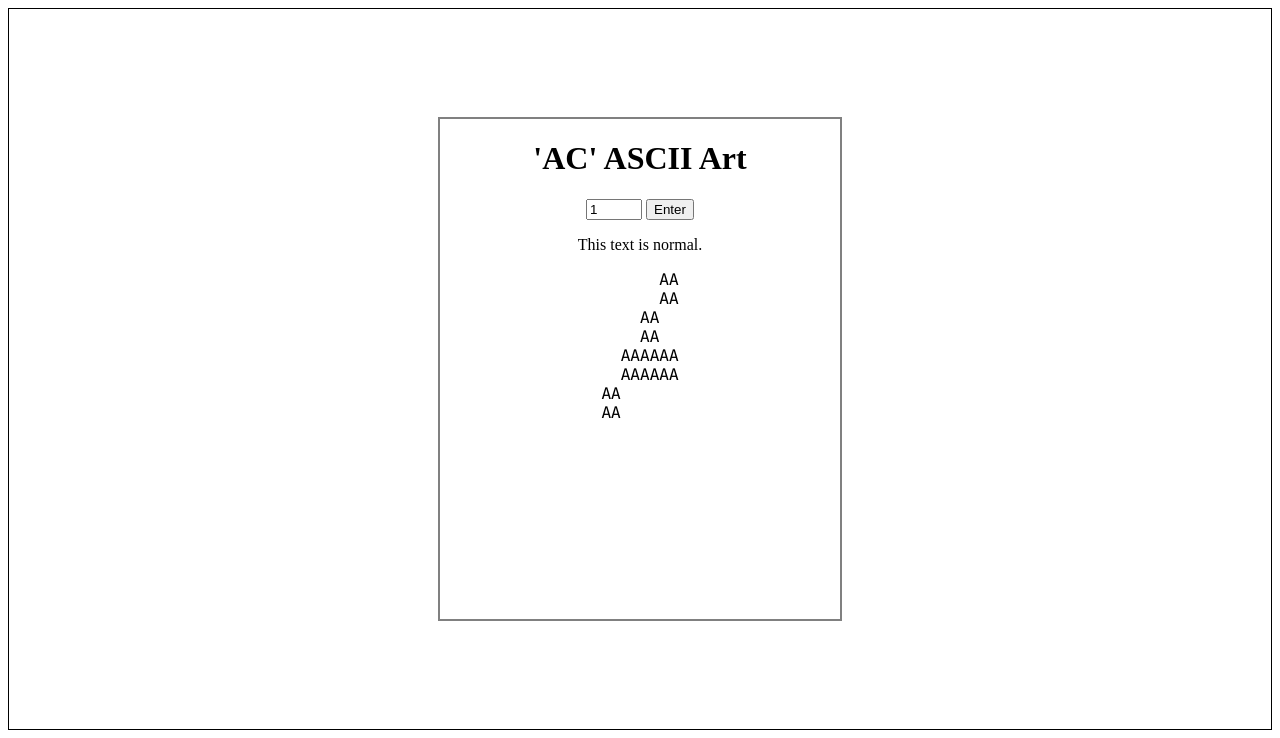
Repository: Achorn/ascii-art
Page: index.html
An editor plug-in stored every save of this project. The page is shown before and after the next save, followed by the edit.
The browser window is 1280 px wide. The pictures show the whole page.

Above is the page before, as saved 2021-08-09 17:09:06.

### index.html
<!DOCTYPE html>
<html lang="en">
  <head>
    <link rel="stylesheet" href="styles.css" />
    <meta charset="UTF-8" />
    <meta http-equiv="X-UA-Compatible" content="IE=edge" />
    <meta name="viewport" content="width=device-width, initial-scale=1.0" />
    <title>Document</title>
  </head>
  <body>
    <form>
      <h1>'AC' ASCII Art</h1>
      <input type="number" min="1" value="1" max="10" />
      <button>Enter</button>
      <div id="ascii">
        <p>This text is normal.</p>
        <p id="mono" style="font-family: 'Lucida Console', monospace">
          This text is monospace text.
        </p>
      </div>
    </form>
    <script type="text/javascript" src="myscripts.js"></script>
  </body>
</html>

### styles.css
body {
  border: 1px solid black;
  display: flex;
  flex-direction: column;
  justify-content: center;
  align-items: center;
  height: 100vh;
}

form {
  border: 2px solid grey;
  height: 500px;
  width: 400px;
  text-align: center;
}

.ascii {
  border-radius: 1px solid black;
}
#mono {
  /* font-size: 25.5vw; */

  white-space: pre;
}

### myscripts.js
let four = [
  [" ", " ", " ", "A"],
  [" ", " ", "A", " "],
  [" ", "A", "A", "A"],
  ["A", " ", " ", " "],
];

let eight = [
  [
    " ",
    " ",
    " ",
    " ",
    " ",
    " ",
    " ",
    "A",
    "A",
    " ",
    " ",
    " ",
    " ",
    " ",
    " ",
    " ",
  ],
  [
    " ",
    " ",
    " ",
    " ",
    " ",
    " ",
    "A",
    "A",
    "A",
    "A",
    " ",
    " ",
    " ",
    " ",
    " ",
    " ",
  ],
  [
    " ",
    " ",
    " ",
    " ",
    " ",
    "A",
    "A",
    " ",
    " ",
    "A",
    "A",
    " ",
    " ",
    " ",
    " ",
    " ",
  ],
  [
    " ",
    " ",
    " ",
    " ",
    "A",
    "A",
    "A",
    "A",
    "A",
    "A",
    "A",
    "A",
    " ",
    " ",
    " ",
    " ",
  ],
  [
    " ",
    " ",
    " ",
    "A",
    "A",
    "A",
    "A",
    "A",
    "A",
    "A",
    "A",
    "A",
    "A",
    " ",
    " ",
    " ",
  ],
  [
    " ",
    " ",
    "A",
    "A",
    " ",
    " ",
    " ",
    " ",
    " ",
    " ",
    " ",
    " ",
    "A",
    "A",
    " ",
    " ",
  ],
  [
    " ",
    "A",
    "A",
    " ",
    " ",
    " ",
    " ",
    " ",
    " ",
    " ",
    " ",
    " ",
    " ",
    "A",
    "A",
    " ",
  ],
  [
    "A",
    "A",
    " ",
    " ",
    " ",
    " ",
    " ",
    " ",
    " ",
    " ",
    " ",
    " ",
    " ",
    " ",
    "A",
    "A",
  ],
];

function scaleSpread(array, factor) {
  const scaled = [];

  for (const row of array) {
    let x = [];

    for (const item of row) x.push(...Array(factor).fill(item));

    scaled.push(...Array(factor).fill(x));
  }

  return scaled;
}
let sixteen = scaleSpread(eight, 2);

function arrToString(arr) {
  let string = "";
  for (let i = 0; i < arr.length; i++) {
    string += arr[i].join("") + "<br>";
  }
  return string;
}

function trimA(arr, lWidth) {
  for (i = 0; i < arr.length; i++) {
    let disp = lWidth - (i % lWidth) - 1;
    console.log(i, disp);
    // remove from end
    for (let j = 0; j < disp; j++) {
      arr[i].pop();
      arr[i].unshift(" ");
    }

    //add to beginning
    // arr[i] == arr[i];
  }
}

let mono = document.getElementById("mono");
let scaled = scaleSpread(four, 2);
trimA(scaled, 2);

mono.innerHTML = arrToString(scaleSpread(four, 2));
// mono.innerHTML += arrToString(scaleSpread(eight, 1));

After the next save:
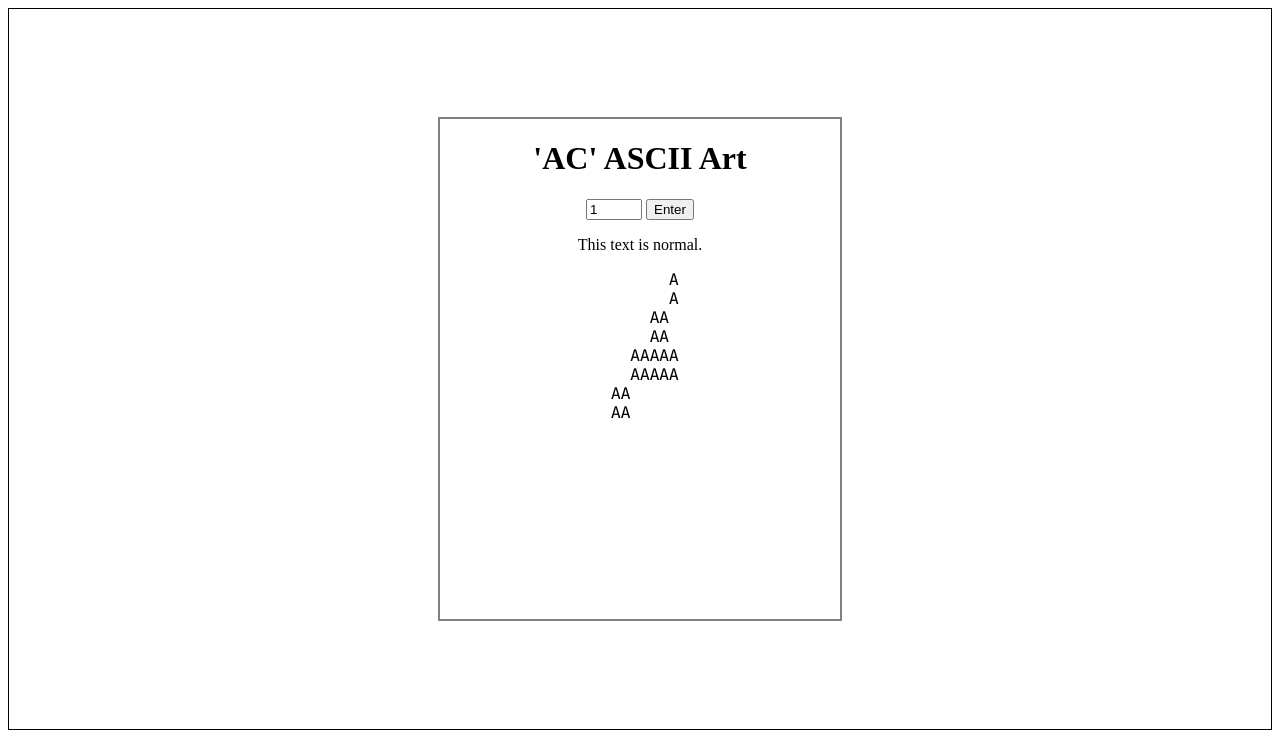
Saved 13 s later.
--- a/myscripts.js
+++ b/myscripts.js
@@ -195,4 +195,5 @@ let scaled = scaleSpread(four, 2);
 trimA(scaled, 2);
 
 mono.innerHTML = arrToString(scaleSpread(four, 2));
+mono.innerHTML = arrToString(scaled);
 // mono.innerHTML += arrToString(scaleSpread(eight, 1));

After the save that followed:
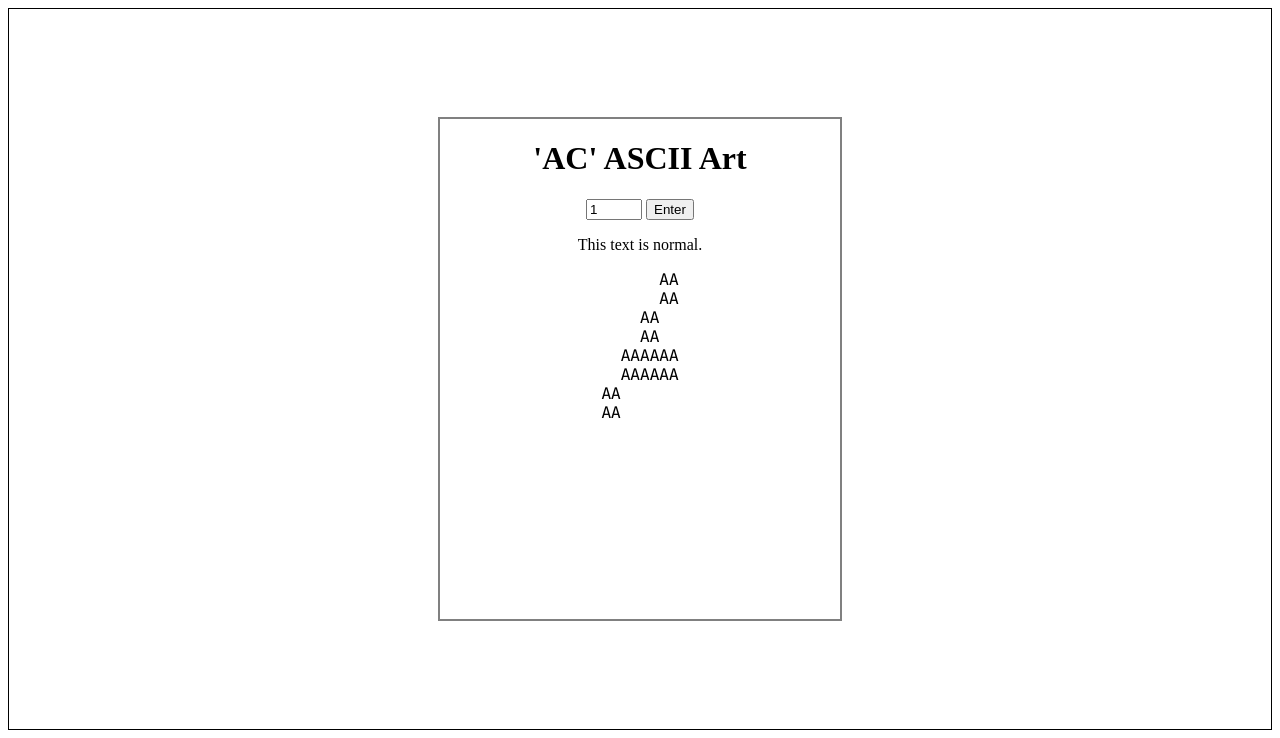
Saved 12 s later.
--- a/myscripts.js
+++ b/myscripts.js
@@ -180,7 +180,7 @@ function trimA(arr, lWidth) {
     let disp = lWidth - (i % lWidth) - 1;
     console.log(i, disp);
     // remove from end
-    for (let j = 0; j < disp; j++) {
+    for (let j = 1; j < disp; j++) {
       arr[i].pop();
       arr[i].unshift(" ");
     }
